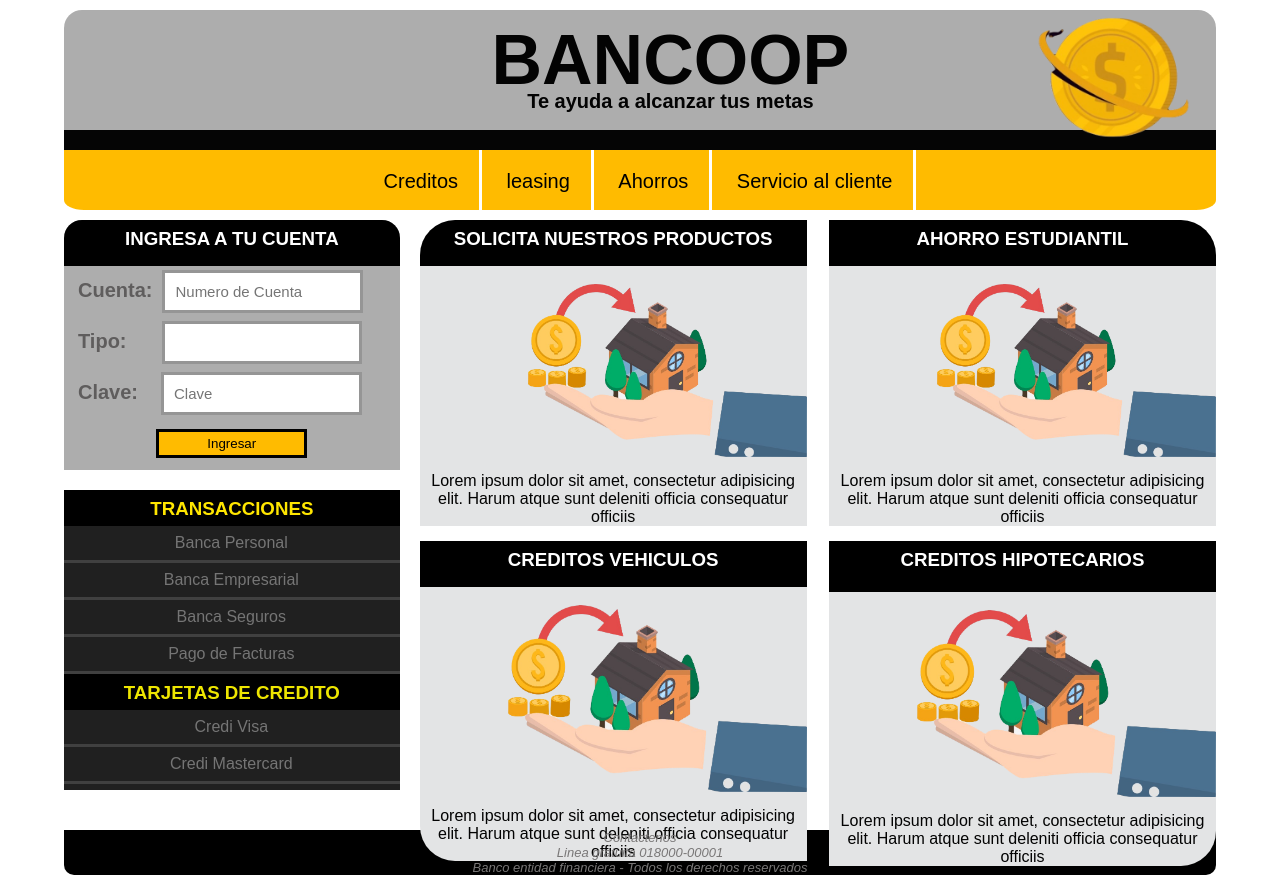
Repository: NickArregoces/BANCOOP
Page: Index.html
The author's editor kept a copy of each file at every save. The page is drawn from the files as they stood at one save, then again after the next save.
The browser window is 1280 px wide. The pictures show the whole page.

Above is the page before, as saved 2021-10-04 17:29:51.

After the next save:
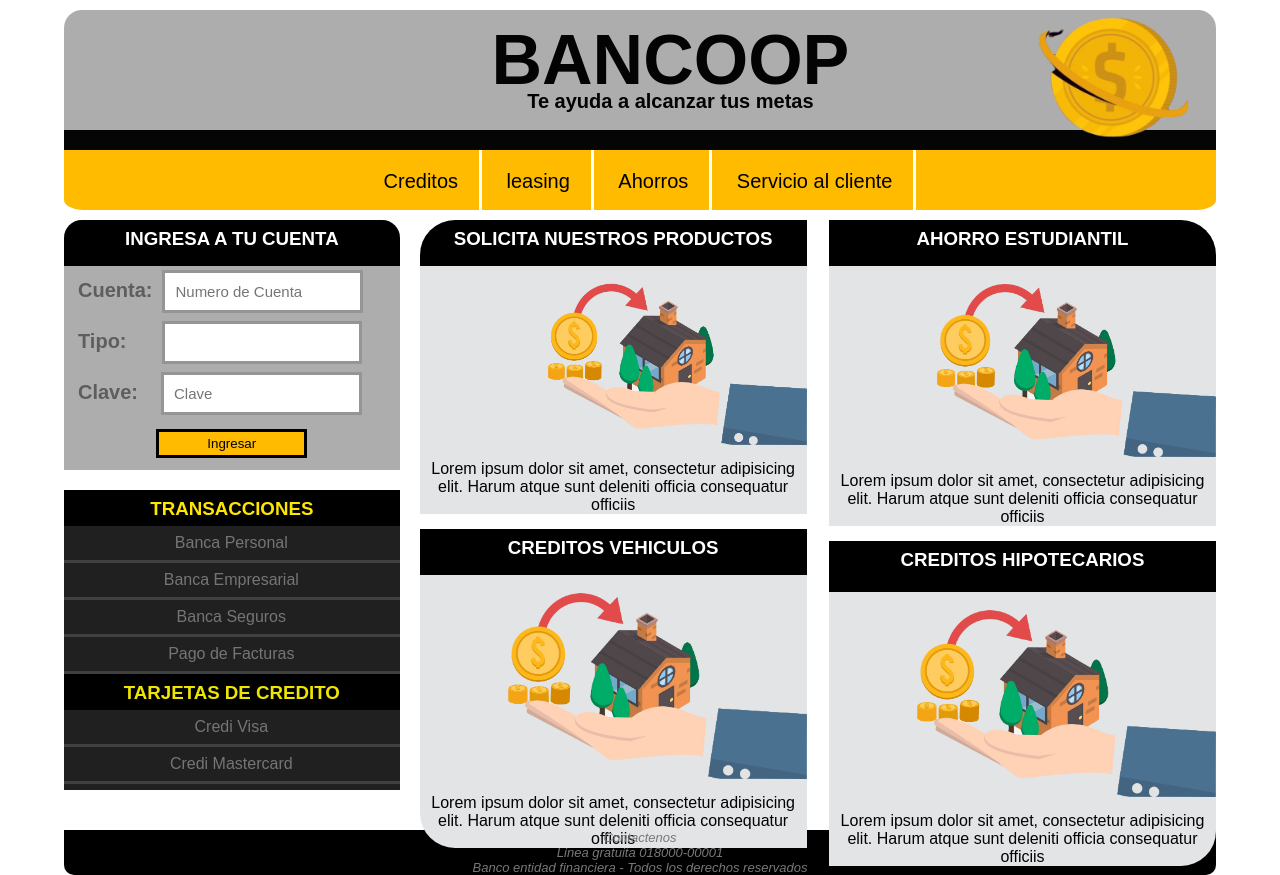
Saved 12 s later.
--- a/CSS/Style.css
+++ b/CSS/Style.css
@@ -184,7 +184,7 @@ aside{
         background: #e3e4e5;
     }
         div.solicita img {
-            width: 280px;
+            width: 260px;
             margin-top: 15px;
             margin-bottom: 15px;
 
